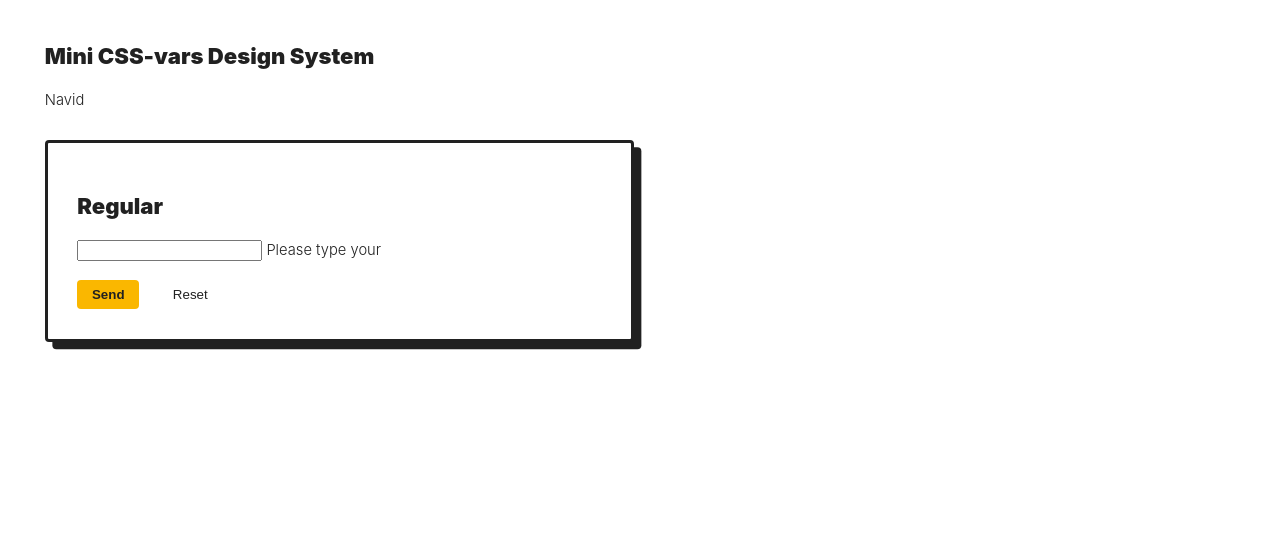
Repository: navid-amini12/capstone-1
Page: quiz.html
The author's editor kept a copy of each file at every save. The page is drawn from the files as they stood at one save, then again after the next save.
The browser window is 1280 px wide. The pictures show the whole page.
Some web fonts or font styles are not loaded; a fallback is used.

Above is the page before, as saved 2022-05-17 12:20:43.

After the next save:
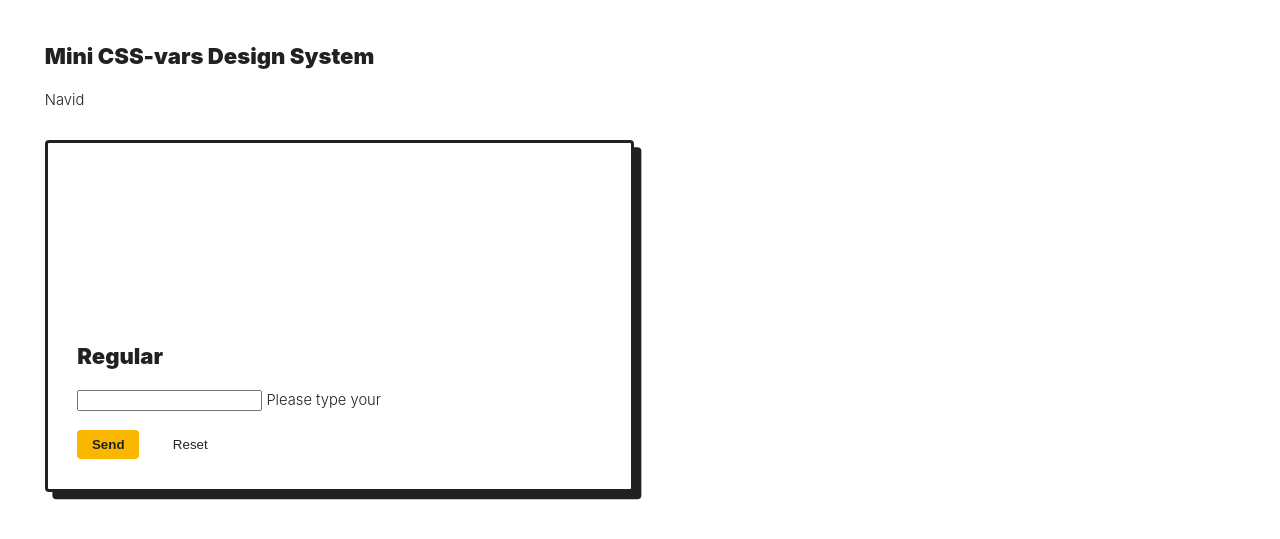
Saved 5 s later.
--- a/quiz.css
+++ b/quiz.css
@@ -118,6 +118,6 @@
 
 .icon {
   display: inline-block;
-  width: 3em; height: 0em;
+
   margin-right: .5em;
 }

After the save that followed:
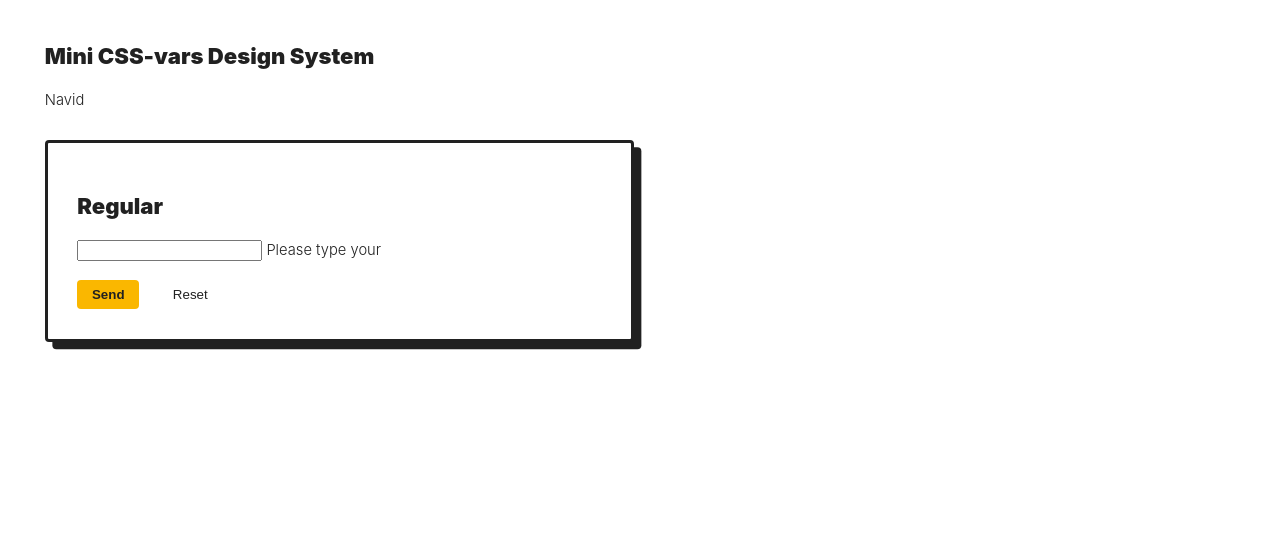
Saved 7 s later.
--- a/quiz.css
+++ b/quiz.css
@@ -118,6 +118,6 @@
 
 .icon {
   display: inline-block;
-
+ height: 0em;
   margin-right: .5em;
 }
